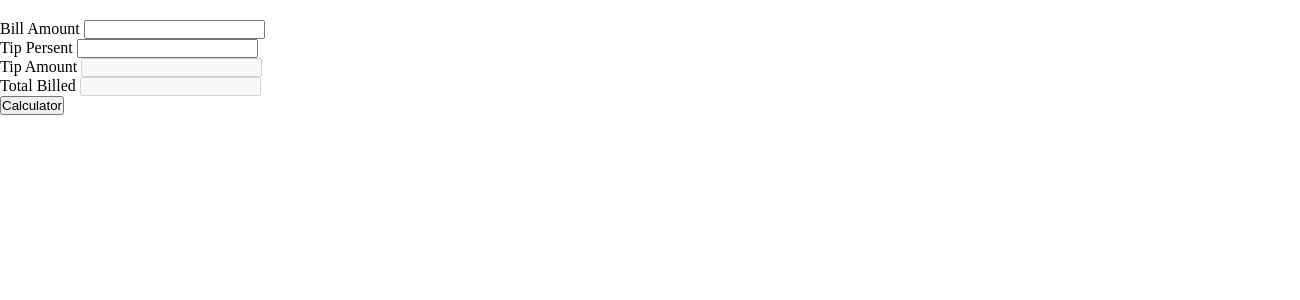
Repository: ZainAkbar51214/Tip-Calculator
Page: index.html
An editor plug-in stored every save of this project. The page is shown before and after the next save, followed by the edit.
The browser window is 1280 px wide. The page is 1300 px wide, so the pictures cover 1300 px, including what lies to the right of the window. The pictures show the whole page.
The style sheet was rebuilt from its Sass, Less or Tailwind sources for each picture, by a compiler version that may differ from the author's.

Above is the page before, as saved 2024-03-25 09:56:01.

### index.html
<!DOCTYPE html>
<html lang="en">

<head>
    <meta charset="UTF-8">
    <meta name="viewport" content="width=device-width, initial-scale=1.0">
    <title>Tip Calculator</title>
    <!-- css custom link -->
    <link rel="stylesheet" href="css/style.css">
</head>

<body>
    <div class="container">
        <div class="row">
            <div class="col">
                <div class="calculator">
                    <label>Bill Amount</label>
                    <input type="text" name="" id="tip_amount">
                    <br>
                    <label>Tip Persent</label>
                    <input type="text" name="" id="tip_persent">
                    <br>
                    <label>Tip Amount</label>
                    <input type="text" name="" id="tip_total" disabled>
                    <br>
                    <label>Total Billed</label>
                    <input type="text" name="" id="total_billed" disabled>
                    <br>
                    <button class="btn" onclick="tipCalculate()">Calculator</button>
                </div>
            </div>
        </div>
    </div>
</body>

</html>

### css/style.scss
*{
    margin: 0;
    padding: 0;
    box-sizing: border-box;
}

.container{
    width: 100%;
    max-width: 1350px;
    margin: auto;

    .row{
        display: flex;
        flex-wrap: wrap;
        margin-left: -20px;
        margin-right: -20px;

        .col{
            flex: 0 0 100%;
            padding: 20px;
        }
    }
}

After the next save:
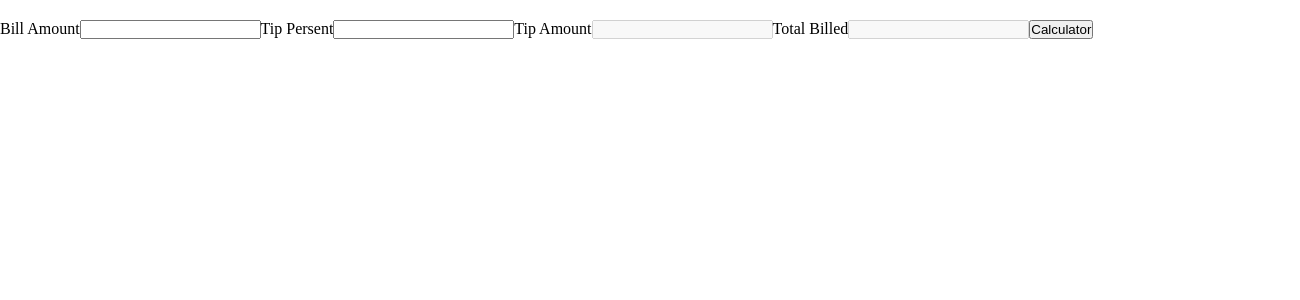
Saved 5 min 44 s later.
--- a/css/style.scss
+++ b/css/style.scss
@@ -18,6 +18,10 @@
         .col{
             flex: 0 0 100%;
             padding: 20px;
+
+            .calculator{
+                display: flex;
+            }
         }
     }
 }
